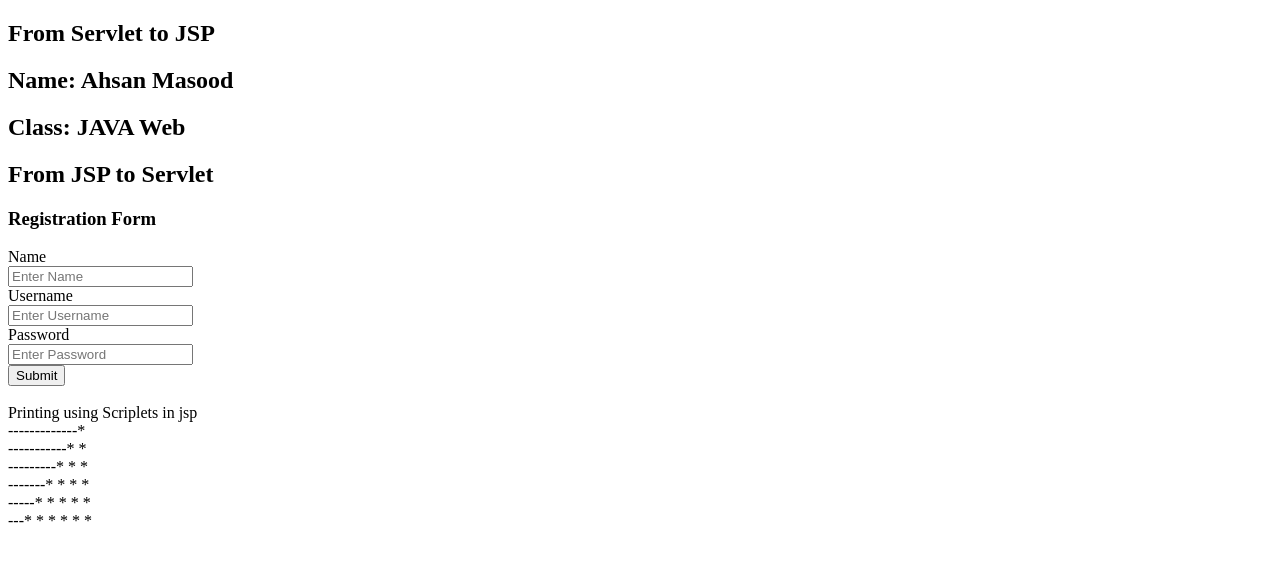
Repository: Ahsan-Masood98/Java-Web-Eng
Page: http://localhost/week2lab/helloworld
An editor plug-in stored every save of this project. The page is shown before and after the next save, followed by the edit.
The browser window is 1280 px wide. The pictures show the whole page.
The page is served by Tomcat 9.

Above is the page before, as saved 2022-09-21 13:52:51.

After the next save:
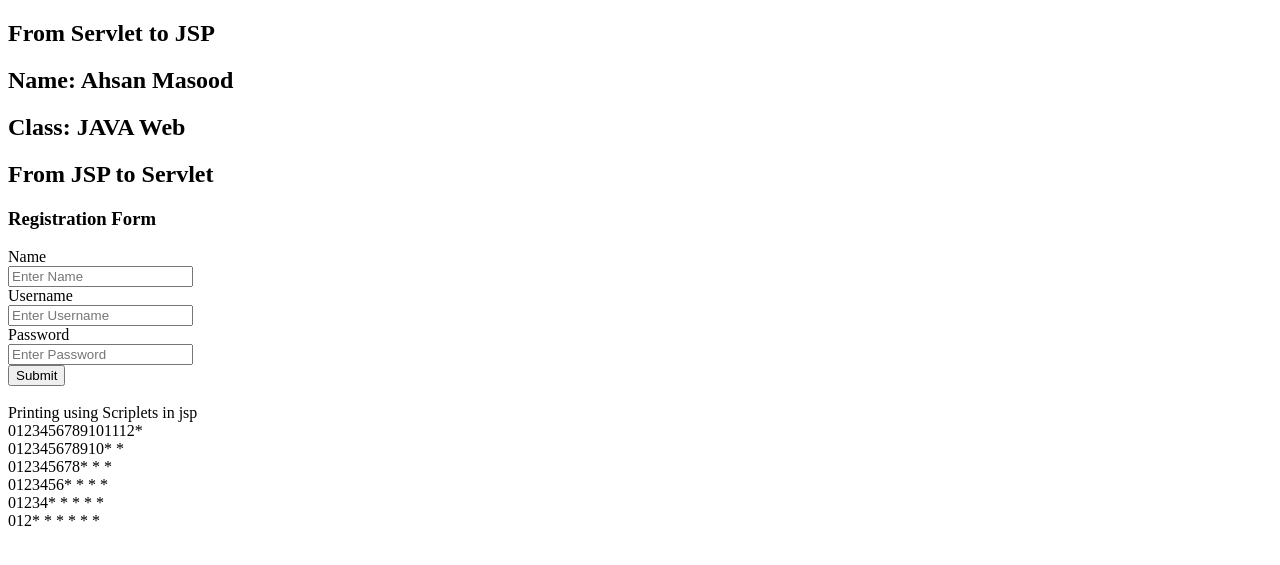
Saved 2 min 24 s later.
--- a/eclipse-workplace/week2lab/src/main/webapp/index.jsp
+++ b/eclipse-workplace/week2lab/src/main/webapp/index.jsp
@@ -26,8 +26,9 @@
 	<%
 		int i,j, row=6;
 		for(i=0; i< row; i++){
+			int k=0;
 			for (j = 2*(row - i); j >= 0; j--)
-	               out.print("-");
+				out.print(k++);
 	  		for( j=0; j<=i; j++)
 				out.println("*");
 			out.print("<br/>");
